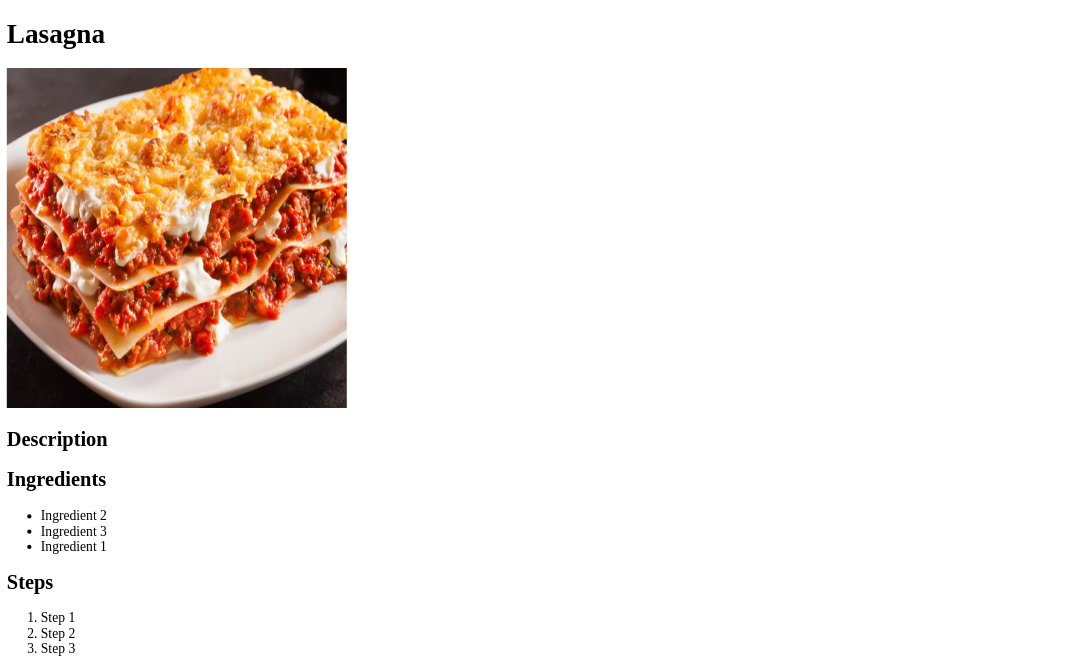
Repository: Pafestivo/odin-recipes
Page: recipes/lasagna.html
These files come from the project's save history. The page is drawn as it stood at one moment and after the next save; the edit follows.
The browser window is 1280 px wide. The pictures show the whole page, at 85% of full size.

Above is the page before, as saved 2022-09-24 12:42:39.

### recipes/lasagna.html
<!DOCTYPE html>
<html lang="en">
<head>
    <meta charset="UTF-8">
    <meta name="viewport" content="width=device-width, initial-scale=1.0">
    <link rel="stylesheet" href="../css/recipe-styles.css">
    <title>Lasagna</title>
</head>
<body>
    <h1>Lasagna</h1>
    <img
    src="../images/lasagna.jpg"
    alt="An image of lasagna"
    width="400"
    height="400"
    />
    <h2>Description</h2>

    <h2>Ingredients</h2>
    <ul>
    <li>Ingredient 2</li>
    <li>Ingredient 3</li>
    <li>Ingredient 1</li>
    </ul>

    <h2>Steps</h2>
    <ol>
    <li>Step 1</li>
    <li>Step 2</li>
    <li>Step 3</li>
    </ol>
</body>
</html>

Loaded but not shown: css/recipe-styles.css (no stored copy; drawn as an empty file)

After the next save:
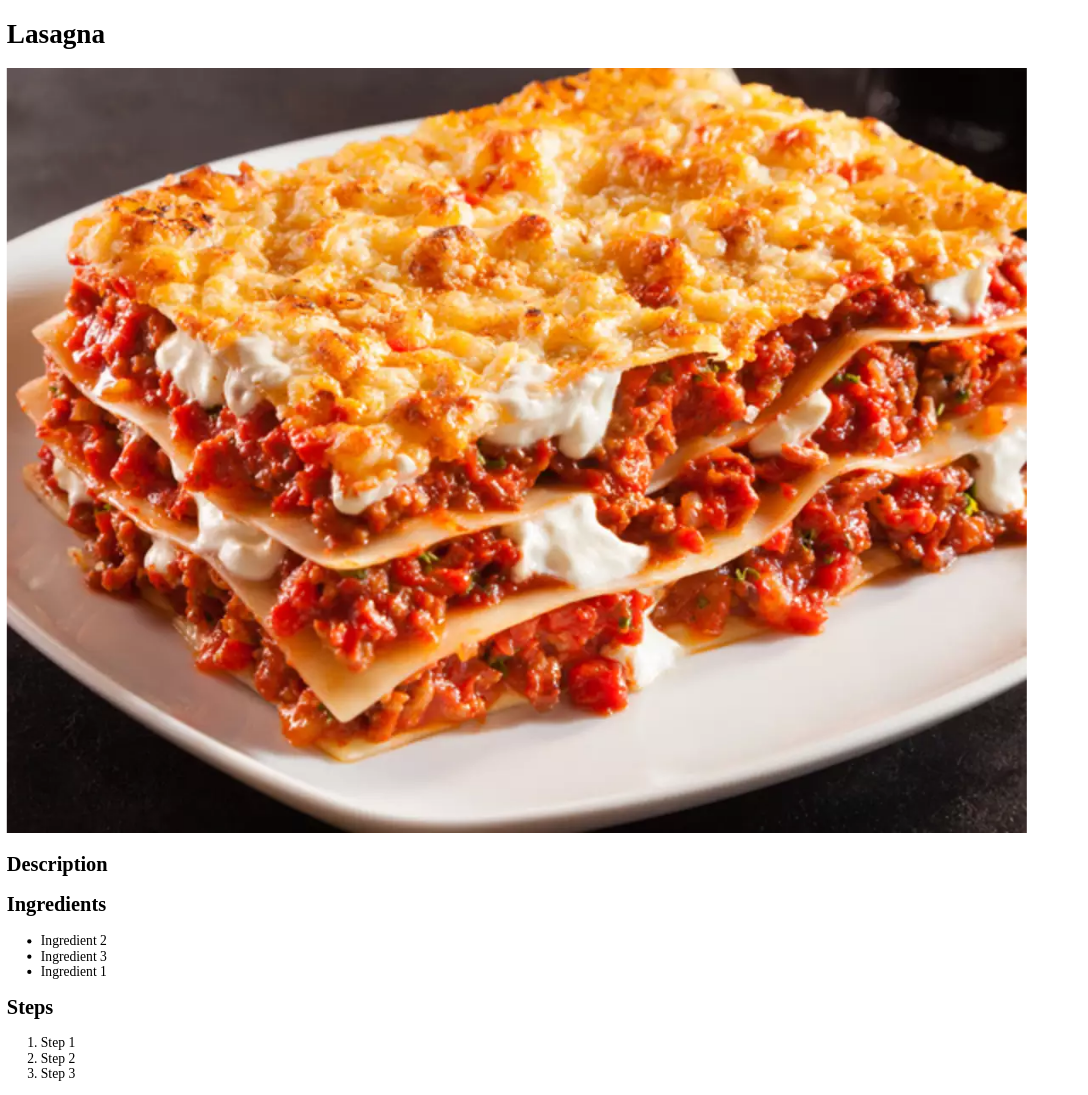
Saved 7 s later.
--- a/recipes/lasagna.html
+++ b/recipes/lasagna.html
@@ -11,8 +11,6 @@
     <img
     src="../images/lasagna.jpg"
     alt="An image of lasagna"
-    width="400"
-    height="400"
     />
     <h2>Description</h2>
 
